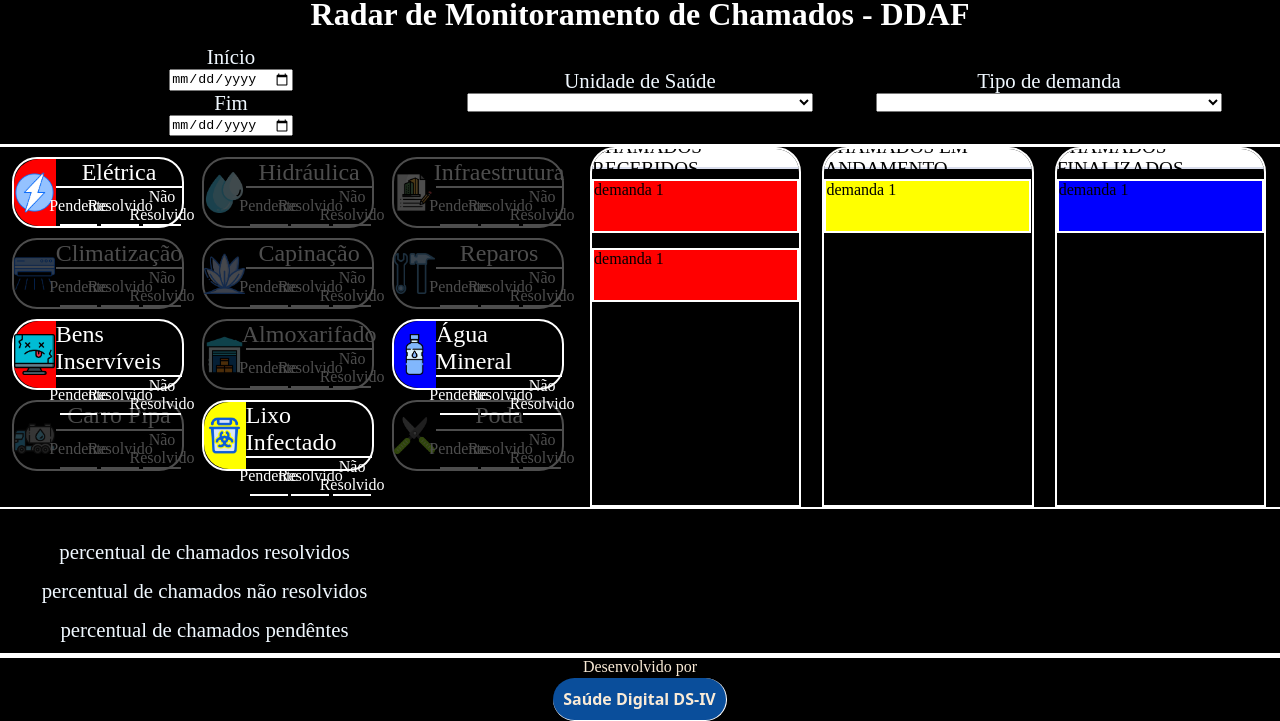
Repository: br-on/ddaf-chamados
Page: index.html
An editor plug-in stored every save of this project. The page is shown before and after the next save, followed by the edit.
The browser window is 1280 px wide. The pictures show the whole page.

Above is the page before, as saved 2025-01-25 00:57:39.

After the next save:
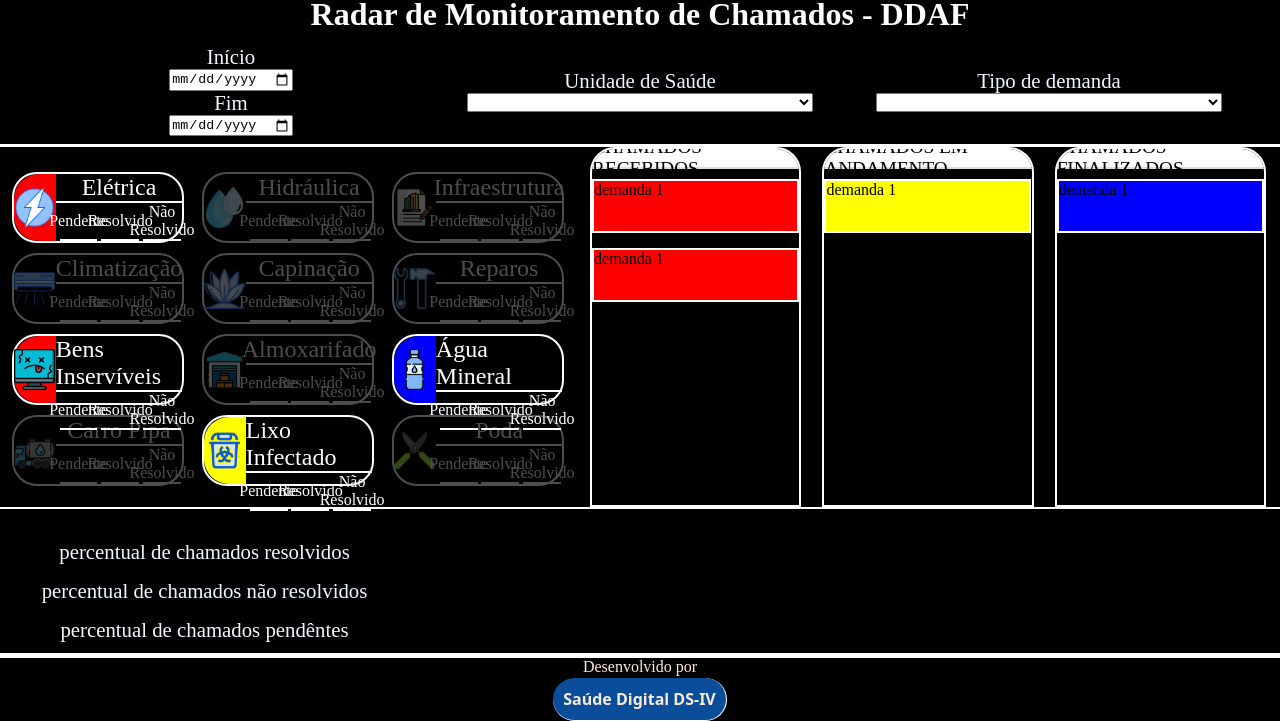
Saved 69 s later.
--- a/style.css
+++ b/style.css
@@ -241,6 +241,7 @@ footer {
     .tipos-demandas {
         width: 45%;
         height: 100%;
+        margin-top: 15px;
         display: grid;
         justify-content: center;
         grid-template-columns: 30% 30% 30%;
